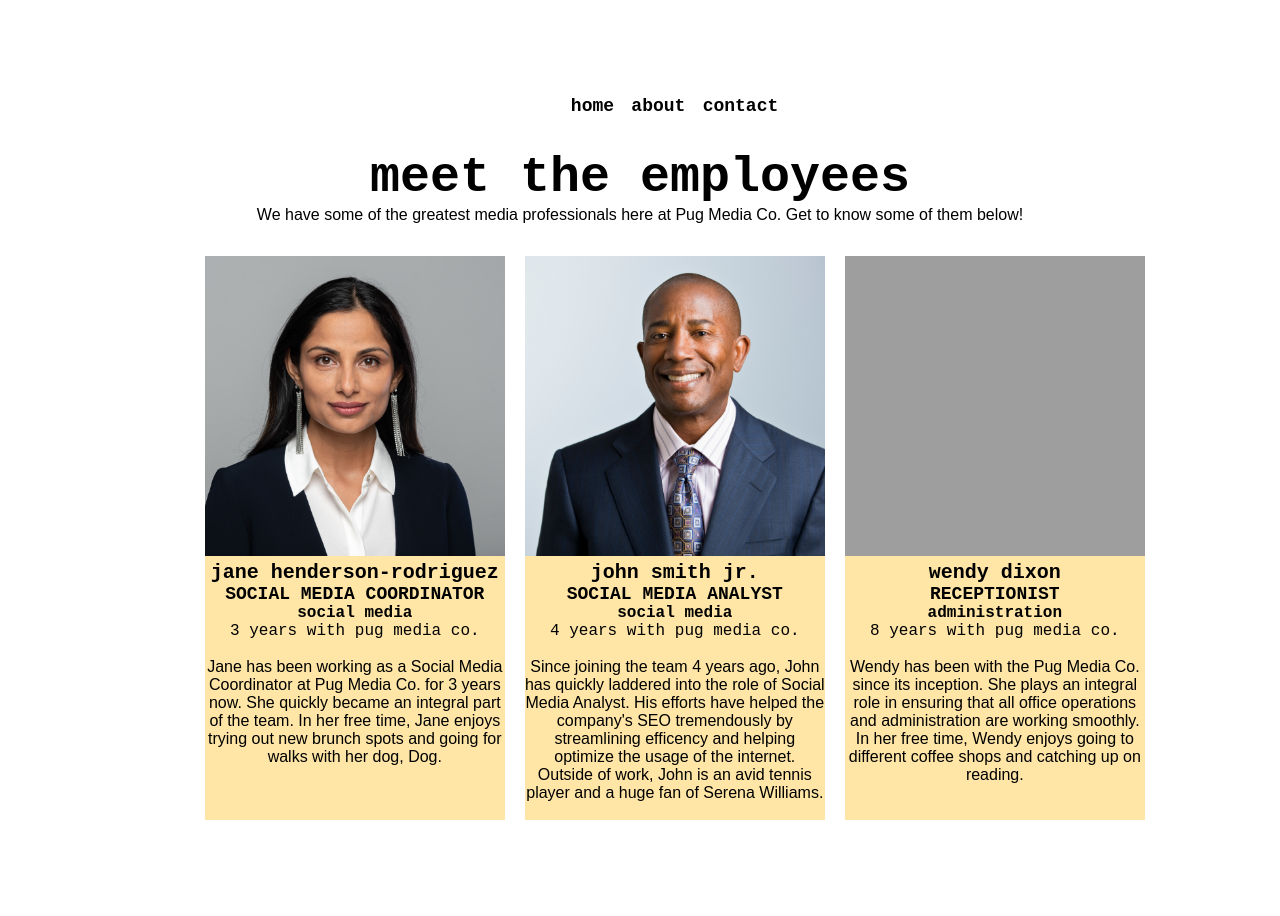
Repository: cheungglenda/MDIA2109-Week3
Page: /about
The author's editor kept a copy of each file at every save. The page is drawn from the files as they stood at one save, then again after a run of saves.
The browser window is 1280 px wide. The pictures show the whole page.
Pictures or frames that could not be fetched are drawn as grey boxes. The project was rebuilt for these pictures with package versions that can differ from the ones it lists, and the page was loaded fresh each time. The framework's server and built-in components were replaced by stand-ins that run in the browser. Also part of the build but not shown: next.config.js.

Above is the page before, as saved 2023-01-20 13:02:10.

After the next 3 saves:
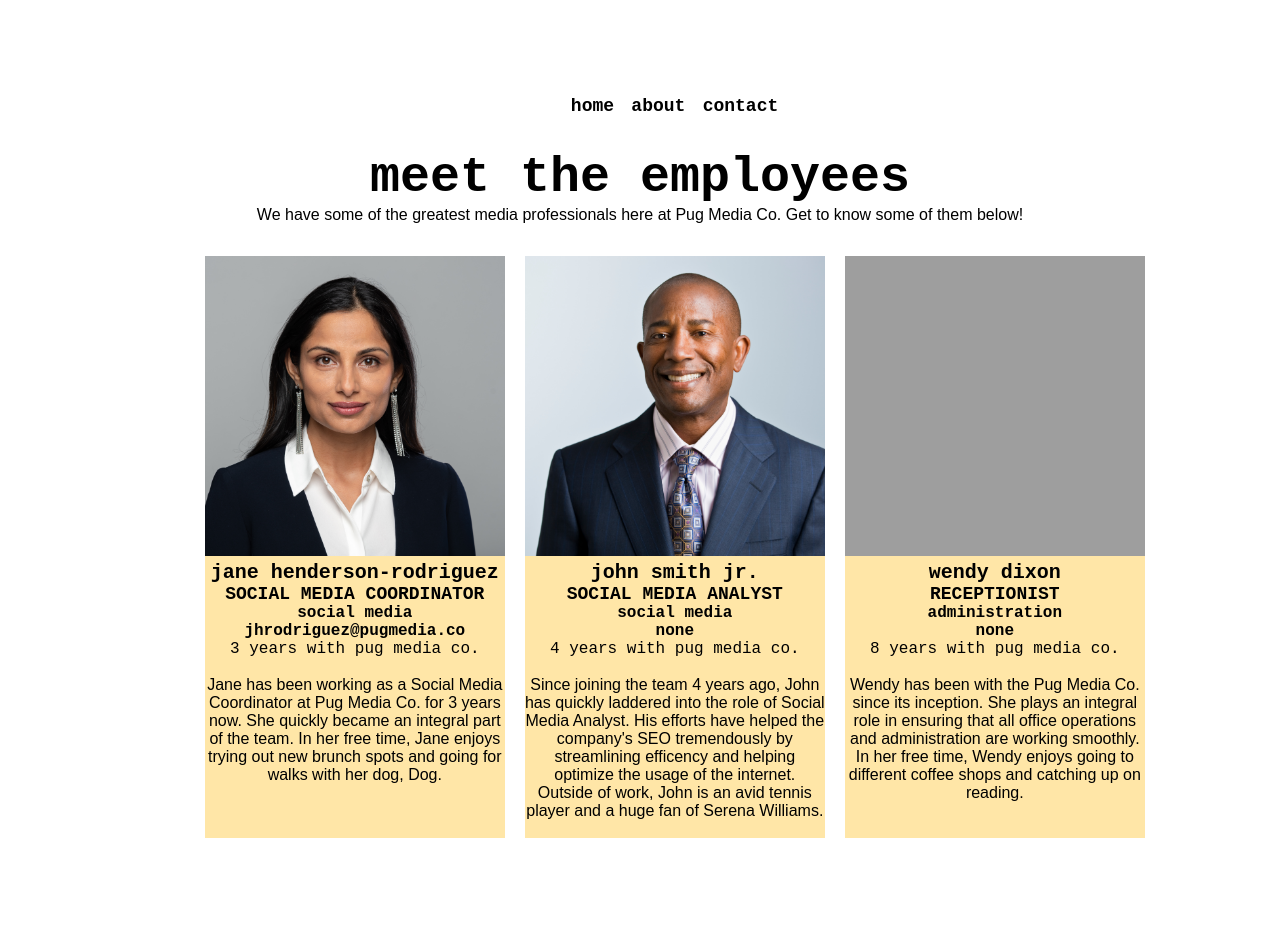
The 3 saves are shown as one change because 2 did not build or start.
The last was saved 73 s later.
--- a/pages/about.js
+++ b/pages/about.js
@@ -39,6 +39,7 @@ export default function About() {
               lastname={info.lastName}
               jobtitle={info.jobTitle}
               department={info.department}
+              contact={info.contact}
               yearsworked={info.yearsWorked}
               description={info.description}
               color="#FFE6A7" font="16px"/>
--- a/components/EmployeeCard/index.js
+++ b/components/EmployeeCard/index.js
@@ -5,6 +5,7 @@ export default function EmployeeCard({
     jobtitle = "none",
     yearsworked = 0,
     description = "none",
+    contact = "none",
     color = "pink",
     font = "O",
     image = "icon/personTwo.png"
@@ -22,6 +23,7 @@ export default function EmployeeCard({
             <h1 style={{textTransform: "lowercase", fontSize: 20}}></h1>
             <h2 style={{fontFamily:"'Courier New', Courier, monospace", textTransform: "uppercase", fontSize: 18}}>{jobtitle}</h2>
             <h3 style={{fontFamily:"'Courier New', Courier, monospace", textTransform: "lowercase", fontSize: 16, fontweight:500}}>{department}</h3>
+            <h3 style={{fontFamily:"'Courier New', Courier, monospace", textTransform: "lowercase", fontSize: 16, fontweight:500}}>{contact}</h3>
             <h4 style={{textTransform:"lowercase", fontSize:16, fontWeight:100}}>{yearsworked} years with pug media co.</h4><br></br>
             <p style={{fontFamily: "Arial, Helvetica, sans-serif"}}>{description}</p><br></br>
         </div>
